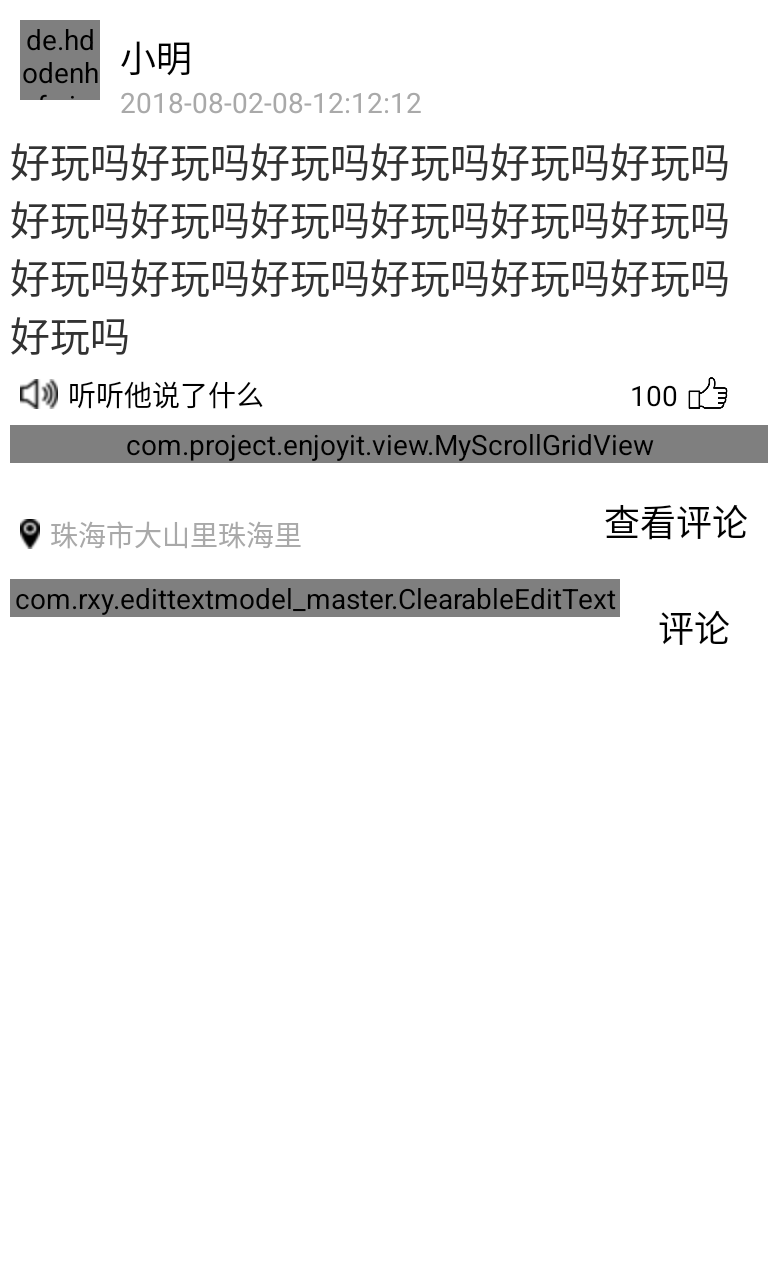
Repository: fatio/Nower
Layout: Android_Client_Source/EnjoyIt/res/layout/shows_list_item.xml
The author's editor kept a copy of each file at every save. The layout is drawn from the files as they stood at one save, then again after the next save.
Pictures or frames that could not be fetched are drawn as grey boxes. It is drawn on a 768 x 1280 px phone screen (xhdpi) without system bars, with theme AppTheme; the app's code is not run.

Above is the layout before, as saved 2015-12-27 07:23:39.

After the next save:
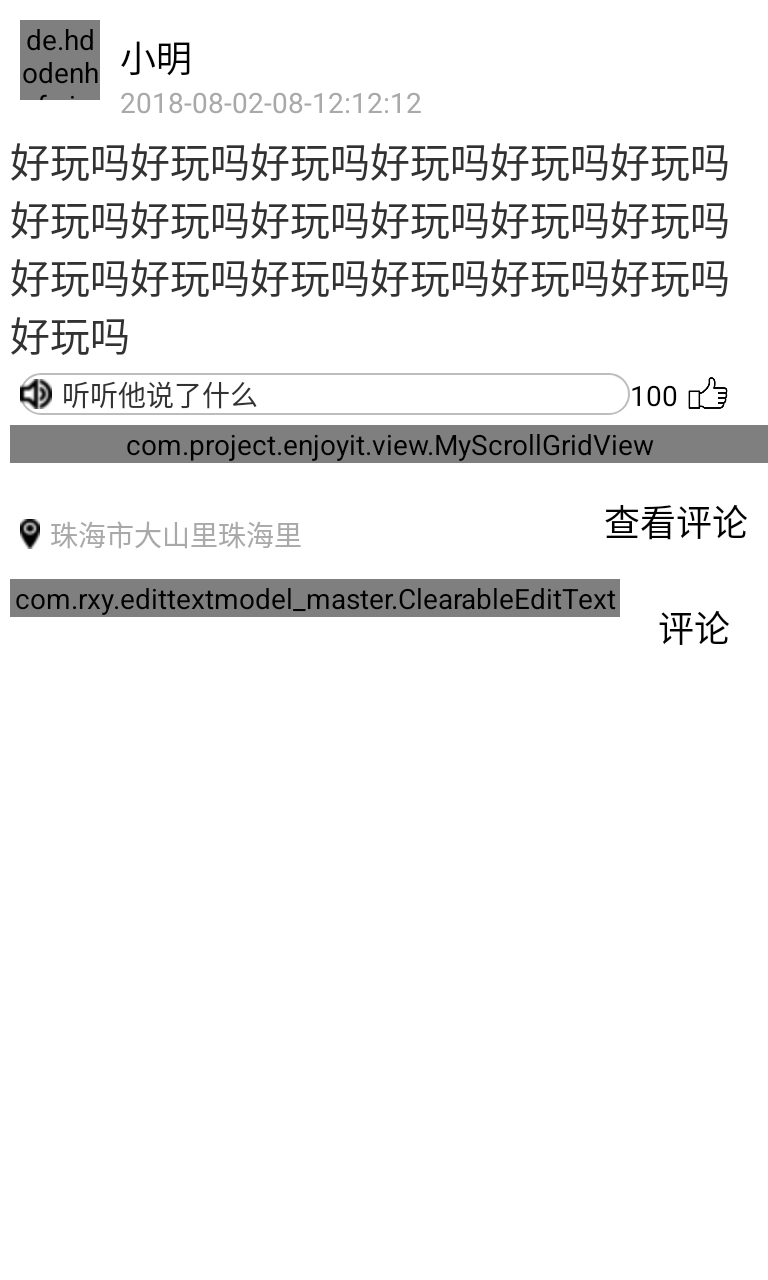
Saved 6 min 35 s later.
--- a/Android_Client_Source/EnjoyIt/res/layout/shows_list_item.xml
+++ b/Android_Client_Source/EnjoyIt/res/layout/shows_list_item.xml
@@ -75,11 +75,11 @@
             android:layout_height="wrap_content"
             android:layout_marginLeft="10dp"
             android:layout_weight="1"
-            android:drawableLeft="@drawable/ic_sound"
+            android:drawableLeft="@drawable/ic_sound_pause"
             android:drawablePadding="5dp"
             android:singleLine="true"
             android:text="听听他说了什么"
-            android:textColor="@drawable/white_show" />
+            android:background="@drawable/imageview_btn_item_selector" />
 
         <TextView
             android:id="@+id/tv_likes_num"
